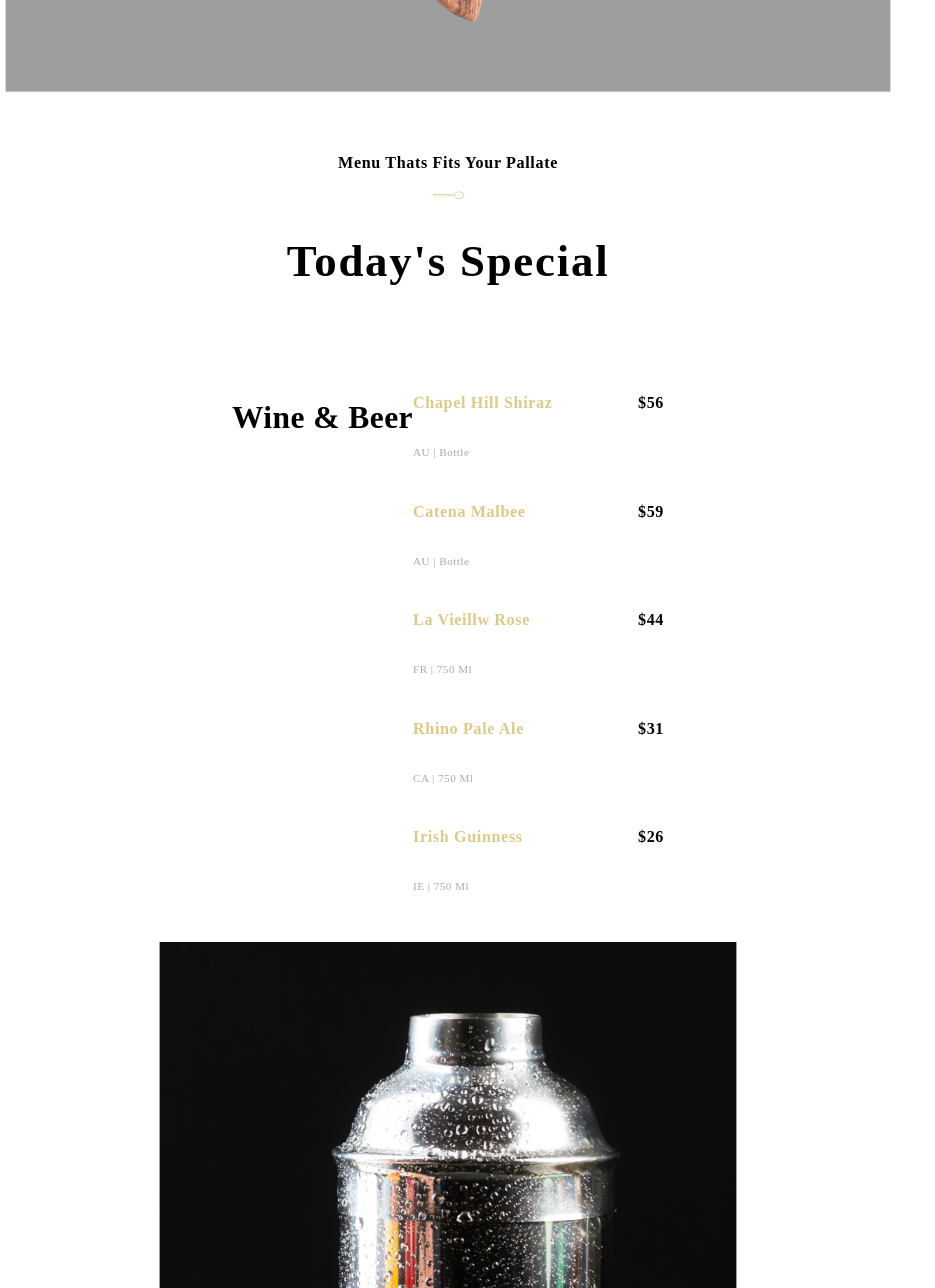
Repository: remydev47/restaurant
Page: /
An editor plug-in stored every save of this project. The page is shown before and after the next save, followed by the edit.
The browser window is 1280 px wide. The page is 1336 px wide, so the pictures cover 1336 px, including what lies to the right of the window. The pictures show the part of the page from y = 2257 to 4097 px (the page is 6020 px tall), at 70% of full size.
Pictures or frames that could not be fetched are drawn as grey boxes. Backgrounds fixed to the window are drawn as part of the page. The project was rebuilt for these pictures with package versions that can differ from the ones it lists, and the page was loaded fresh each time. Also part of the build but not shown: src/container/Chef/Chef.css, src/components/Footer/Newsletter.jsx, src/components/Footer/FooterOverlay.jsx. Imported but missing from the stored project, and not drawn on this page: src/assets/meal.mp4.

Above is the page before, as saved 2022-03-16 17:08:58.

### public/index.html
<!DOCTYPE html>
<html lang="en">
  <head>
    <meta charset="utf-8" />
    <link rel="icon" href="%PUBLIC_URL%/favicon.ico" />
    <meta name="viewport" content="width=device-width, initial-scale=1" />
    <meta name="theme-color" content="#000000" />
    <meta name="description"content="Web site created using create-react-app"/>
    <link rel="apple-touch-icon" href="%PUBLIC_URL%/logo192.png" />
    <link rel="manifest" href="%PUBLIC_URL%/manifest.json" />
    <title>Gerich Resturant</title>
  </head>
  <body>
    <noscript>You need to enable JavaScript to run this app.</noscript>
    <div id="root"></div>
</html>

### src/App.js
import React from 'react';

import { AboutUs, Chef, FindUs, Footer, Gallery, Header, Intro, Laurels, SpecialMenu } from './container';
import { Navbar } from './components';
import './App.css';

const App = () => (
  <div>
    <Navbar />
    <Header />
    <AboutUs />
    <SpecialMenu />
    <Chef />
    <Intro />
    <Laurels />
    <Gallery />
    <FindUs />
    <Footer />
  </div>
);

export default App;

### src/container/AboutUs/AboutUs.jsx
import React from 'react';

import './AboutUs.css';
import { images } from '../../constants';

const AboutUs = () => (
  <div className="app__aboutus app__bg flex__center section__padding" id="aboutus">
    <div className='app__aboutus-overlay flex__center'>
      <img src={images.G} alt="g letter" />
    </div>
    <div className='app__aboutus-content flex__center'>
      <div className='app__aboutus-content_about'>
        <h1 className='headtext__cormorant'>About Us</h1>
        <img src={images.spoon} alt="about_spoon" className="spoon__img" />
        <p className="p__opensans">
          Eager to serve you, our experienced wait staff greet you at the door and lead you to the table of your choice in the well thought out seating arrangement. The rich aroma of freshly ground coffee is the handiwork of our skilled baristas, adept in latte art.
        </p>
        <button type="button" className="custom__button">Know More</button>
      </div>
      <div className="app__aboutus-content_knife flex__center">
        <img src={images.knife} alt="about_knife" />
      </div>
      <div className='app__aboutus-content_history'>
        <h1 className='headtext__cormorant'>Our History</h1>
        <img src={images.spoon} alt="about_spoon" className="spoon__img" />
        <p className="p__opensans">
        Welcome to Giretch, a fully fledged restaurant specializing in delivering a relaxed and memorable dining experience. We’re currently in 12 locations; 4 in Nairobi, 8 in Kampala and 1 in Entebbe
        </p>
        <button type="button" className="custom__button">Know More</button>
      </div>
    </div>
  </div>
);

export default AboutUs;

### src/container/Header/Header.jsx
import React from 'react';
import { SubHeading } from '../../components';

import { images } from "../../constants"
import './Header.css';

const Header = () => (
  <div className="app__header app__wrapper section__padding" id="home">
    <div className="app__wrapper_info">
      <SubHeading title="Chase The New Flavour" />
      <h1 className="app__header-h1">The Key To Fine Dining</h1>
      <p className="p__opensans" style={{margin: '2rem 0'}}>
          Geritch is a perfect haven for both business and leisure travellers. It all begins with our friendly staff, who will do everything they can to make your meal fulfiling and enjoyable. The team at Geritch kitchen looks forward to welcoming you in one of our luxury restaurant where you will experience comfort and convenience in this beautiful city of Nairobi.
      </p>
      <button type="button" className="custom__button">Explore Menu</button>
    </div>
    <div className="app__wrapper_img">
      <img src={images.welcome} alt="header img" />
    </div>
  </div>
);

export default Header;

### src/container/Menu/SpecialMenu.jsx
import React from 'react';

import { SubHeading, MenuItem } from '../../components';
import { images, data } from '../../constants';
import './SpecialMenu.css';

const SpecialMenu = () => (
  <div className="app__specialMenu flex__center section__padding">
    <div className='app__specialMenu-title'>
      <SubHeading title="Menu Thats Fits Your Pallate" />
      <h1 className="headtext__cormorant">Today's Special</h1>
    </div>

    <div className='app__specialMenu-menu'>
      <div className='app__specialMenu-menu_wine flex__center'>
        <p className='app__specialMenu-menu_heading'>Wine & Beer</p>
      </div>
      <div className='app__specialMenu_menu_items'>
        {data.wines.map((wine, index) => (
         <MenuItem key={wine.title + index} title={wine.title} price={wine.price} tags={wine.tags} />
        ))}
      </div>
    </div>

    <div className="app__specialMenu-menu_img">
      <img src={images.menu} alt="menu img"  />
    </div>

    <div className='app__specialMenu-menu'>
      <div className='app__specialMenu-menu_cocktails flex__center'>
        <p className='app__specialMenu-menu_heading'>Cocktails</p>
      </div>
      <div className='app__specialMenu_menu_items'>
        {data.cocktails.map((cocktail, index) => (
          <MenuItem key={cocktail.title + index} title={cocktail.title} price={cocktail.price} tags={cocktail.tags} />
        ))}
      </div>
    </div>
    <div style={{marginTop: '15px'}}>
      <button  type="button" className="custom__button">View More</button>
    </div>
  </div>
);

export default SpecialMenu;

### src/components/SubHeading/SubHeading.jsx
import React from 'react';
import { images } from '../../constants';


const SubHeading = ({ title }) => (
  <div style={{ marginBottom: "1rem"}}>
    <p className='p__cormorant'>{title}</p>
    <img src={images.spoon} alt="spoon" className="spoon__img" />
  </div>
);

export default SubHeading;

### src/components/Menuitem/MenuItem.jsx
import React from 'react';

import './MenuItem.css';

const MenuItem = ({ title, price, tags }) => (
  <div className="app__menuitem">
    <div className="app__menuitem-head">
      <div className="app__menuitem-name">
        <p className="p__cormorant" style={{ color: '#DCCA87'}}>{title}</p>
      </div>

      <div className="app__menuitem-dash" />

      <div className="app__menuitem-price">
        <p className="p__cormorant">{price}</p>
      </div>
    </div>
    <div className="app__menuitem-sub">
      <p className="p__opensans" style={{ color: '#AAA'}}>{tags}</p>
    </div>
  </div>
);

export default MenuItem;

### src/components/Navbar/Navbar.jsx
import React, {useState} from 'react';
import { GiHamburgerMenu } from 'react-icons/gi';
import { MdOutlineRestaurantMenu } from 'react-icons/md';

import images from '../../constants/images';
import './Navbar.css';

const Navbar = () => {
  const [toggleMenu, setToggleMenu] = useState(false)
  return(
  <nav className="app__navbar">
    <div className="app__navbar-logo">
     <img src={images.gericht} alt="app logo"/>
    </div>
    <ul className="app__navbar-links">
      <li className="p__opensans"><a href="#home">Home</a></li>
      <li className="p__opensans"><a href="#about">About</a></li>
      <li className="p__opensans"><a href="#menu">Menu</a></li>
      <li className="p__opensans"><a href="#awards">Awards</a></li>
      <li className="p__opensans"><a href="#contact">Contact</a></li>
    </ul>
    <div className="app__navbar-login">
      <a href="#login" className="p__opensans">Log in/ Register</a>
    <div/>
      <a href="/" className="p__opensans">Book Table</a>
    </div>
    <div className="app__navbar-smallscreen">
      <GiHamburgerMenu color="#fff" fontsize={27} onClick={() => setToggleMenu(true)} />

      {toggleMenu && (


      <div className="app__navbar-smallscreen_overlay flex__center slide-bottom">
        <MdOutlineRestaurantMenu fontSize={27} className="overlay__close" onClick={() => setToggleMenu(false)} />
        <ul className="app__navbar-smallscreen_links">
          <li className="p__opensans"><a href="#home">Home</a></li>
          <li className="p__opensans"><a href="#about">About</a></li>
          <li className="p__opensans"><a href="#menu">Menu</a></li>
          <li className="p__opensans"><a href="#awards">Awards</a></li>
          <li className="p__opensans"><a href="#contact">Contact</a></li>
       </ul>
      </div>
       )}
    </div>
  </nav>
  );
};

export default Navbar;

### src/container/AboutUs/AboutUs.css
.app__aboutus {
    position: relative;
}

.app__aboutus-overlay {
    position: absolute;
    inset: 0;
}

.app__aboutus-overlay img {
    width: 391px;
    height: 415px;
    z-index: 0;
}

.app__aboutus-content {
    width: 100%;
    z-index: 2;
}

.app__aboutus-content_about {
    flex: 1;
    display: flex;
    justify-content: flex-end;
    align-items: flex-end;
    flex-direction: column;

    text-align: right;
}

.app__aboutus-content_knife {
    margin: 2rem 4rem;
}

.app__aboutus-content_knife img{
    height: 910px;
}

.app__aboutus-content_history {
    flex: 1;
    display: flex;
    justify-content: flex-start;
    align-items: flex-start;
    flex-direction: column;

    text-align: left;
}

.app__aboutus-content_history p,
.app__aboutus-content_about p {
    margin: 2rem 0;
    color: var(--color-grey);
}

@media screen and (max-width: 2000px) {
    .app__aboutus-content_knife img{
        height: 1110px;
    }
}

.app__aboutus-content_history p,
.app__aboutus-content_about p {
    margin: 4rem 0;
    color: var(--color-grey);
}

@media screen and (max-width: 900px) {
    .app__aboutus-content {
        flex-direction: column;
    }

    .app__aboutus-content_knife {
        margin: 4rem 0;
    }
}

@media screen and (max-width: 650px) {
    .app__aboutus-overlay img {
        width: 80%;
        height: 320px;
    }
}

### src/container/Header/Header.css
.app__header {
    background-color: var(--color-black);
}

.app__header-h1 {
    font-family: var(--font-base);
    color: var(--color-golden);
    letter-spacing: 0.04rem;
    text-transform: uppercase;
    line-height: 117px;
    font-size: 90px;
}

.app__header-img {
    width: 100%;
}

### src/container/Menu/SpecialMenu.css
.app__specialMenu {
    flex-direction: column;
    background-color: var(--color-black);
}

.app__specialMenu-title {
    margin-bottom: 2rem;
    text-align: center;
}

.app__specialMenu-menu {
    width: 100%;

    margin: 2rem 0;
    display: flex;
    justify-content: center;
    align-items: flex-start;
    flex-direction: row;
}

.app__specialMenu-menu_heading {
    font-family: var(--font-base);
    font-weight: 600;
    font-size: 45px;
    line-height: 58.5px;
    letter-spacing: 0.04rem;
    color: var(--color-white);
}

### src/components/Menuitem/MenuItem.css
.app__menuitem {
    width: 100%;
    margin: 1rem 0;

    display: flex;
    flex-direction: column;
}

.app__menuitem-head {
    display: flex;
    justify-content: space-between;
    align-items: center;
}

.app__menuitem-sub {
    width: 100%;
    margin-top: 0.2rem;
}

.app__menuitem-name{
    flex: 1;
}

.app__menuitem-dash {
    width: 90px;
    height: 1px;

    background: var(--color-golden);
    margin: 0 1rem;
}

.app__menuitem-price {
    display: flex;
    justify-content: flex-end;
    align-items: flex-end;
}

### src/constants/images.js
import bg from '../assets/bg.png';
import chef from '../assets/chef.png';
import G from '../assets/G.png';
import gallery01 from '../assets/gallery01.png';
import gallery02 from '../assets/gallery02.png';
import gallery03 from '../assets/gallery03.png';
import gallery04 from '../assets/gallery04.png';
import knife from '../assets/knife.png';
import logo from '../assets/logo.png';
import menu from '../assets/menu.png';
import overlaybg from '../assets/overlaybg.png';
import spoon from '../assets/spoon.svg';
import welcome from '../assets/welcome.png';
import findus from '../assets/findus.png';
import laurels from '../assets/laurels.png';
import award01 from '../assets/award01.png';
import award02 from '../assets/award02.png';
import award03 from '../assets/award03.png';
import award05 from '../assets/award05.png';
import sign from '../assets/sign.png';
import quote from '../assets/quote.png';
import gericht from '../assets/gericht.png';

export default {
  bg,
  chef,
  G,
  gallery01,
  gallery02,
  gallery03,
  gallery04,
  knife,
  logo,
  menu,
  overlaybg,
  spoon,
  welcome,
  findus,
  laurels,
  award01,
  award02,
  award03,
  award05,
  sign,
  quote,
  gericht,
};

### src/components/Navbar/Navbar.css
.app__navbar {
   width: 100%;
   display: flex;
   justify-content: space-between;
   align-items: center;
   background: var(--color-black);
   padding: 1rem 2rem;
}

.app__navbar-logo{
    display: flex;
    justify-content: flex-start;
    align-items: center;
}

.app__navbar-logo img{
    width: 150px;
}

.app__navbar-links {
    flex: 1;
    display: flex;
    justify-content: center;
    align-items: center;

    list-style: none;
}

.app__navbar-links li{
    margin: 0 1rem;
    cursor: pointer;
}

.app__navbar-links li:hover {
   color: var(--color-grey);
}

.app__navbar-login {
    display: flex;
    justify-content: flex-end;
    align-items: center;
}
.app__navbar-login a {
    margin: o 1rem;
    text-decoration: none;
    transition: 0.5s  ease;
}

.app__navbar-login a:hover{
    border-bottom: 1px solid var(--color-golden);
}

.app__navbar-login div{
    width: 1px;
    height: 30px;
    background-color: var(--color-grey);
}

.app__navbar-smallscreen{
    display: none;
}

.app__navbar-smallscreen_overlay {
    position: fixed;
    top: 0;
    left: 0;
    width: 100%;
    height: 100vh;
    background-color: var(--color-black);
    transition: 0.5s ease;

    flex-direction: column;
    z-index: 5;
}

.app__navbar-smallscreen_overlay .overlay__close{
    font-size: 27px;
    color: var(--color-golden);
    cursor: pointer;

    position: absolute;
    top: 20px;
    right: 20px;
}

.app__navbar-smallscreen_links{
    list-style: none;
}

.app__navbar-smallscreen_links li {
   margin: 2rem;
   cursor: pointer;
   color: var(--color-golden);
   font-size: 2rem;
   text-align: center;
   font-family: var(--font-base);
}

.app__navbar-smallscreen_links li:hover {
    color: var(--color-white);
}

@media screen and (max-width: 2000px) {
    .app__navbar-logo img{
        width: 210px;
    }
}

@media screen and (max-width: 1150px) {
    .app__navbar-links {
        display: none;
    }

    .app__navbar-smallscreen {
        display: flex;
    }
}

@media screen and (max-width: 650px) {
    .app__navbar {
        padding: 1rem;
    }
    .app__navbar-login {
        display: none;
    }

    .app__navbar-logo img{
        width: 110px;
    }
}

### src/constants/data.js
import images from './images';

const wines = [
  {
    title: 'Chapel Hill Shiraz',
    price: '$56',
    tags: 'AU | Bottle',
  },
  {
    title: 'Catena Malbee',
    price: '$59',
    tags: 'AU | Bottle',
  },
  {
    title: 'La Vieillw Rose',
    price: '$44',
    tags: 'FR | 750 ml',
  },
  {
    title: 'Rhino Pale Ale',
    price: '$31',
    tags: 'CA | 750 ml',
  },
  {
    title: 'Irish Guinness',
    price: '$26',
    tags: 'IE | 750 ml',
  },
];

const cocktails = [
  {
    title: 'Aperol Sprtiz',
    price: '$20',
    tags: 'Aperol | Villa Marchesi prosecco | soda | 30 ml',
  },
  {
    title: "Dark 'N' Stormy",
    price: '$16',
    tags: 'Dark rum | Ginger beer | Slice of lime',
  },
  {
    title: 'Daiquiri',
    price: '$10',
    tags: 'Rum | Citrus juice | Sugar',
  },
  {
    title: 'Old Fashioned',
    price: '$31',
    tags: 'Bourbon | Brown sugar | Angostura Bitters',
  },
  {
    title: 'Negroni',
    price: '$26',
    tags: 'Gin | Sweet Vermouth | Campari | Orange garnish',
  },
];

const awards = [
  {
    imgUrl: images.award02,
    title: 'Bib Gourmond',
    subtitle: 'Lorem ipsum dolor sit amet, consectetur.',
  },
  {
    imgUrl: images.award01,
    title: 'Rising Star',
    subtitle: 'Lorem ipsum dolor sit amet, consectetur.',
  },
  {
    imgUrl: images.award05,
    title: 'AA Hospitality',
    subtitle: 'Lorem ipsum dolor sit amet, consectetur.',
  },
  {
    imgUrl: images.award03,
    title: 'Outstanding Chef',
    subtitle: 'Lorem ipsum dolor sit amet, consectetur.',
  },
];

export default { wines, cocktails, awards };

Loaded but not shown: src/index.js (common file); src/container/index.js (common file); src/components/index.js (common file); src/App.css (common file); src/container/Chef/Chef.jsx (common file); src/container/Findus/FindUs.jsx (common file); src/container/Footer/Footer.jsx (common file); src/container/Gallery/Gallery.jsx (common file); src/container/Intro/Intro.jsx (common file); src/container/Laurels/Laurels.jsx (common file); src/constants/index.js (common file); src/components/Footer/FooterOverlay.css (no stored copy; drawn as an empty file); src/components/Footer/Newsletter.css (no stored copy; drawn as an empty file); src/container/Footer/Footer.css (no stored copy; drawn as an empty file); src/container/Gallery/Gallery.css (no stored copy; drawn as an empty file); src/container/Intro/Intro.css (no stored copy; drawn as an empty file); src/container/Laurels/Laurels.css (no stored copy; drawn as an empty file)

After the next save:
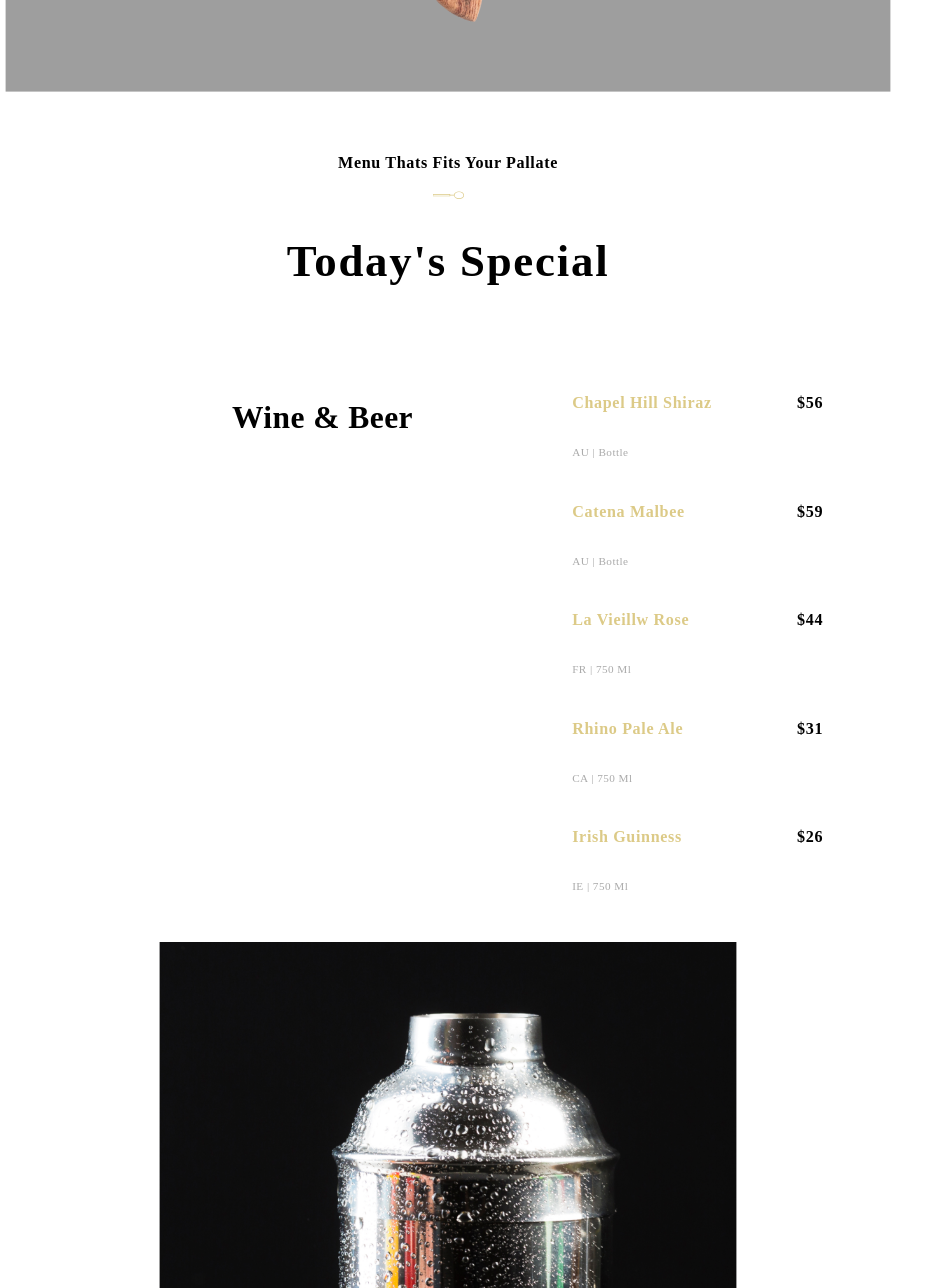
Saved 2 min 36 s later.
--- a/src/container/Menu/SpecialMenu.css
+++ b/src/container/Menu/SpecialMenu.css
@@ -26,3 +26,10 @@
     letter-spacing: 0.04rem;
     color: var(--color-white);
 }
+
+.app__specialMenu-menu_wine ,
+.app__specialMenu-menu_cocktail{
+flex: 1;
+width: 100%;
+flex-direction: column;
+}
